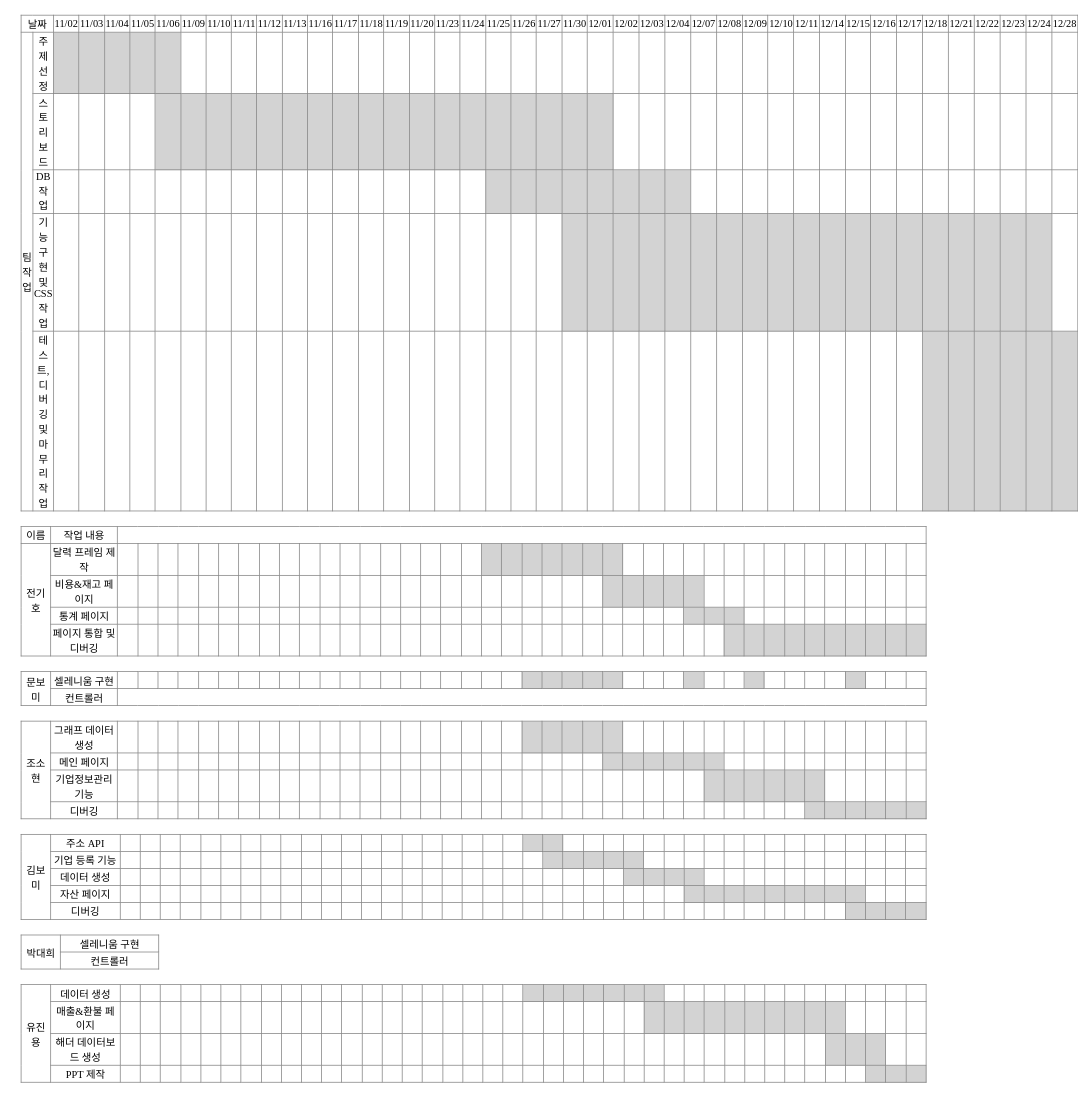
Repository: JEON-KIHO/finalProject
Page: http://localhost/ERP/WEB-INF/views/schedule.jsp
These files come from the project's save history. The page is drawn as it stood at one moment and after the next save; the edit follows.
The browser window is 1280 px wide. The page is 1457 px wide, so the pictures cover 1457 px, including what lies to the right of the window. The pictures show the whole page, at 74% of full size.
The page is served by Tomcat 9. Nobody is signed in. The template is opened directly, without the code that normally fills it, so the values that code supplies are empty.

Above is the page before, as saved 2020-12-24 08:27:21.

After the next save:
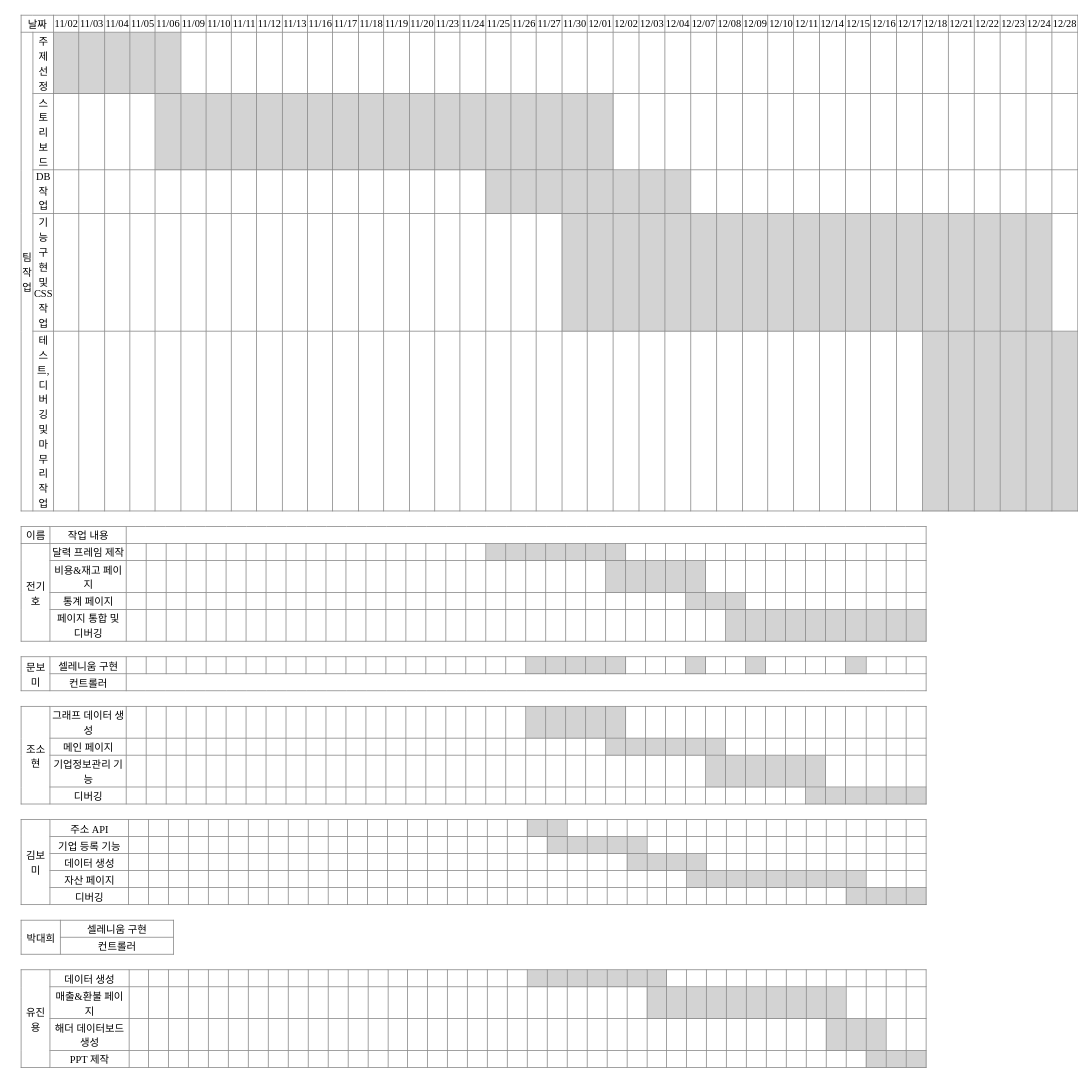
Saved 8 s later.
--- a/ERP/src/main/webapp/WEB-INF/views/schedule.jsp
+++ b/ERP/src/main/webapp/WEB-INF/views/schedule.jsp
@@ -9,7 +9,7 @@
 	table{font-size:14px; text-align:center; border-collapse:collapse; margin:20px;}
 	.black {background:lightgray;}
 	.day, .black, .white {width:38px;}
-	.sub {width:130px;}
+	.sub {width:150px;}
 </style>
 </head>
 <body>
